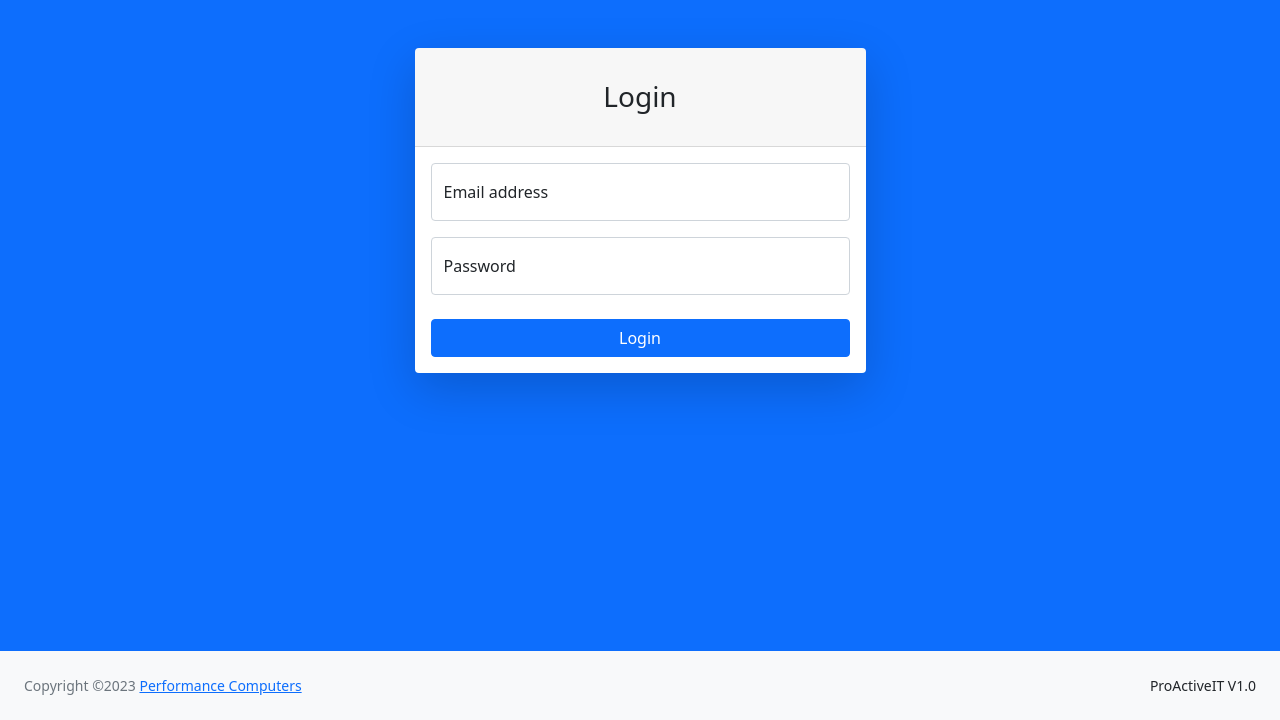
Repository: beroge/proactiveIT
Page: http://localhost/admin/login.php
These files come from the project's save history. The page is drawn as it stood at one moment and after a run of saves; the edit follows.
The browser window is 1280 px wide. The pictures show the whole page.
The page is run by PHP 8.4 with error messages shown; the project is at /var/www/html/.

Above is the page before, as saved 2023-05-07 15:40:02.

After the next 5 saves:
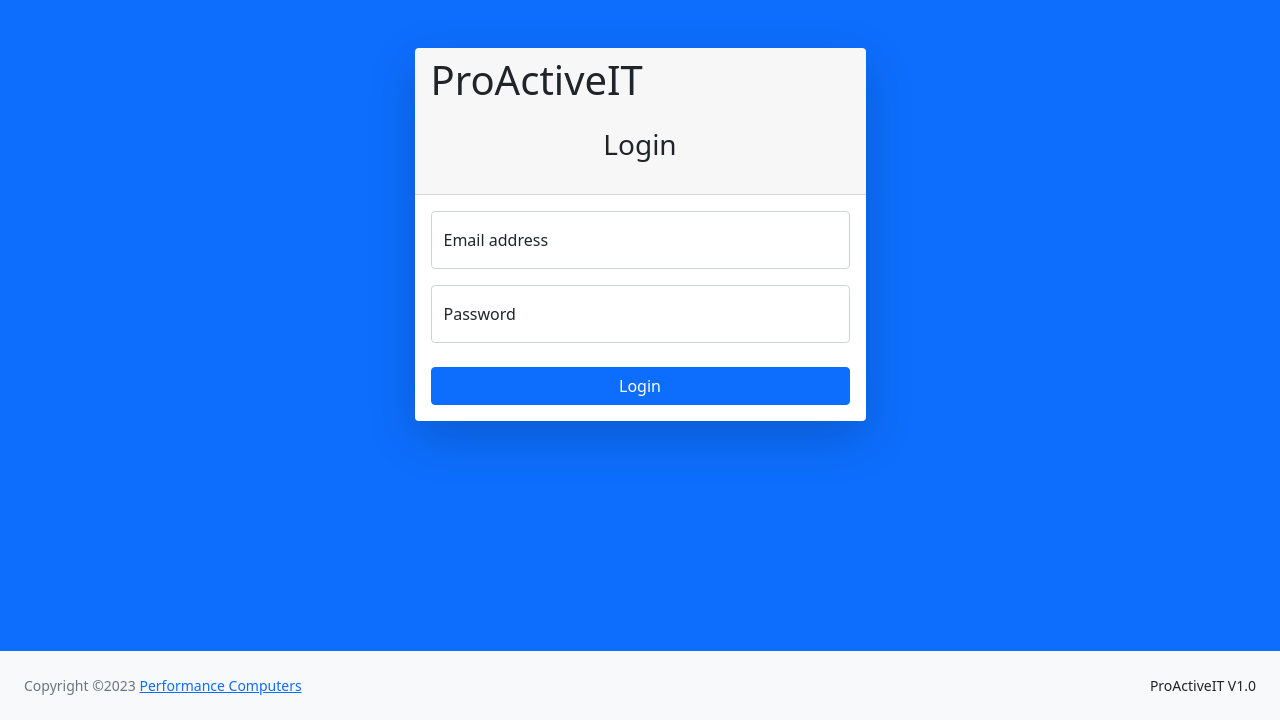
The 5 saves are shown as one change because they came seconds apart.
The last was saved 14 s later.
--- a/admin/login.php
+++ b/admin/login.php
@@ -23,7 +23,7 @@
                             <div class="col-lg-5">
                                 <div class="card shadow-lg border-0 rounded-lg mt-5">
                                     <div class="card-header">
-                                        <h1></h1>
+                                        <h1>ProActiveIT</h1>
                                         <h3 class="text-center font-weight-light my-4">Login</h3>
                                     </div>
                                         <?php
